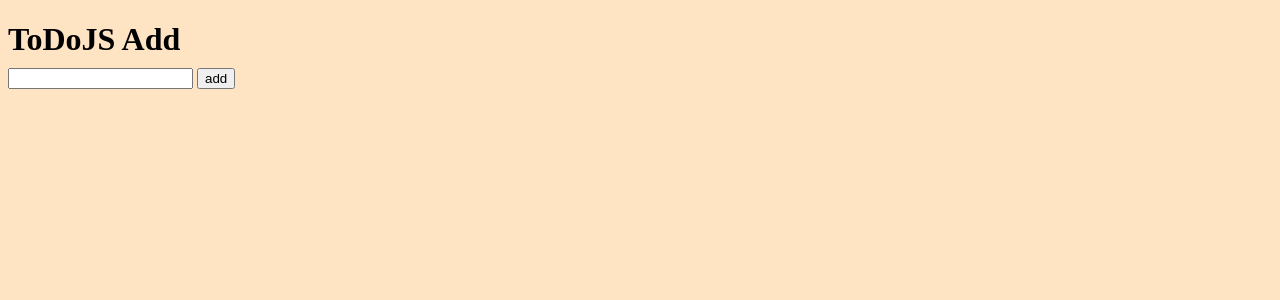
Repository: Savich01/todoTest
Page: index.html
The author's editor kept a copy of each file at every save. The page is drawn from the files as they stood at one save, then again after the next save.
The browser window is 1280 px wide. The pictures show the whole page.

Above is the page before, as saved 2024-05-03 12:06:57.

### index.html
<!DOCTYPE html>
<html lang="en">
<head>
    <meta charset="UTF-8">
    <meta name="viewport" content="width=device-width, initial-scale=1.0">
    <link rel="stylesheet" href="css/style.css">
    <title>ToDO</title>
</head>
<body>
        <div class="block1">
            <div class="block-sub">
                <h1 class="title">ToDoJS Add</h1>
                <form action="#">
                    <input class="input1" type="text">
                    <button>add</button>
                </form>
            </div>
            <div class="block-sub2">

            </div>
        </div>
        <script src="js/script.js"></script>
</body>
</html>

### css/style.css
ul,li {
    text-decoration: none;
    list-style: none;
}


/*------------HEADER-------------------------------------*/

body {
    max-width: 100%;
    background: #FFE4C4;
}
.header {
    margin-top: 100px;
    margin-bottom: 5px;
}
.header-block {
    max-width: 600px;
    margin: 0 auto;
    background: #D2691E;
    border-radius: 10px;
}
 .header-block__sub {
    display: flex;
    flex-direction: column;
    justify-content: center;
    align-items: center;
    padding: 30px 0px;
 }

 .title {
    margin-bottom: 10px;
 }

 .personal {
    display: flex;
    justify-content: center;
 }

 .personal-input{
    padding: 10px;
    border: 1px solid #000;
    border-radius: 10px 0px 0px 10px;
 }
.personal-btn {
    border: none;
    background-color: aliceblue;
    border-radius: 0px 10px 10px 0px;
    cursor: pointer;
}
/*------------------MAIN-------------------------------------*/

.main-block {
   max-width: 600px;
   margin: 0 auto;
   background: #BC8F8F;
   min-height: 70px;
   border-radius: 10px;
   display:flex;
   flex-direction: column;
   justify-content: space-between;
   margin-bottom: 5px;
}

.main-block--list{
    display: flex;
    align-items: center;
    justify-content: center;
    padding-right: 47px;
}

.main-block--list-link{
    display: flex;
    align-items: center;
}

.main-block--text{
    margin-left: 10px;
}

.checkbox-active{
    width: 20px;
    height: 17px;
}

.main-block--text{
    transform: translateY(1px);
}

.main-list{
  padding: 0px 30px;
}
.main-list--link{
  display: flex;
  align-items: center;
  justify-content: space-between;
  margin-bottom: 15px;
  padding: 10px;
  background-color: #FFE4C4;
}



























.main-button {
    padding: 10px;
    display: flex;
    align-items: flex-end;
    justify-content: space-around
}

/* .main-container {
    background: rgba(183, 231, 62, 0.699);
    border-radius: 20px;
    margin: 15px;
    /* display: none; */
/* } */

/* .main-container--list{
    background-color: #20B2AA;
    border-radius: 10px;
    margin: 25px;
    display: flex;
    align-items: center;
    justify-content: space-between;
} */

/* .main-container--list-link {
    padding: 10px;
    display: flex;
    align-items: center;
    justify-content: space-between;
} */
/* .main-checked{
    width: 20px;
    height: 16px;
    cursor: pointer;
} */
/* .main-text{
    display: inline-block;
    margin-left: 15px;
    transform: translateY(1px);
} */
/* .main--list-btn{
    min-width: 20px;
    max-width: 23px;
    background: #FFFFE0;
    align-items: center;
    margin-right: 25px;
    cursor: pointer;
    border: none;
    background: #B22222;
} */
/*--------------*/

/*--------------*/


/*------------------FOOTER--------------------------------------------------*/

.footer-block {
    max-width: 600px;
    margin: 0 auto;
    background: #008080;
    height: 100px;
    border-radius: 10px;
    display: flex;
    align-items: flex-end;
    justify-content: space-around;
}
.footer-btn {
    padding: 10px;
}

Loaded but not shown: js/script.js (no copy from this time; the picture is the same without it)

After the next save:
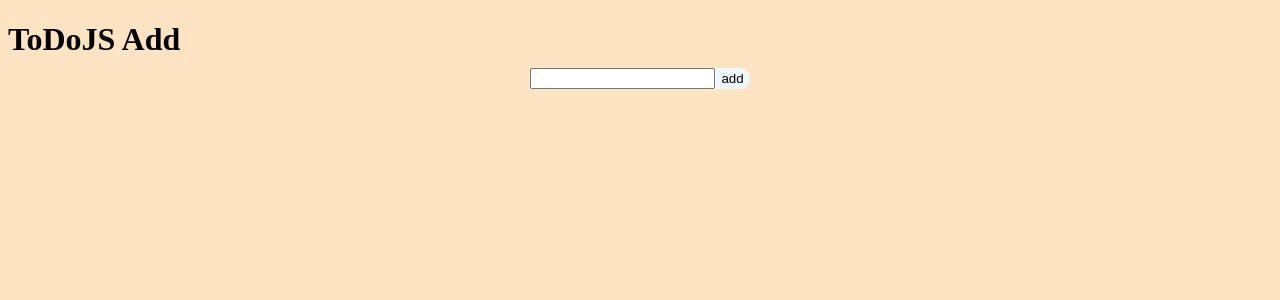
Saved 13 min 44 s later.
--- a/index.html
+++ b/index.html
@@ -10,10 +10,10 @@
         <div class="block1">
             <div class="block-sub">
                 <h1 class="title">ToDoJS Add</h1>
-                <form action="#">
-                    <input class="input1" type="text">
-                    <button>add</button>
-                </form>
+                <div class="personal">
+                    <input class="personal-input1" type="text">
+                    <button class="personal-btn">add</button>
+                </div>
             </div>
             <div class="block-sub2">
 
